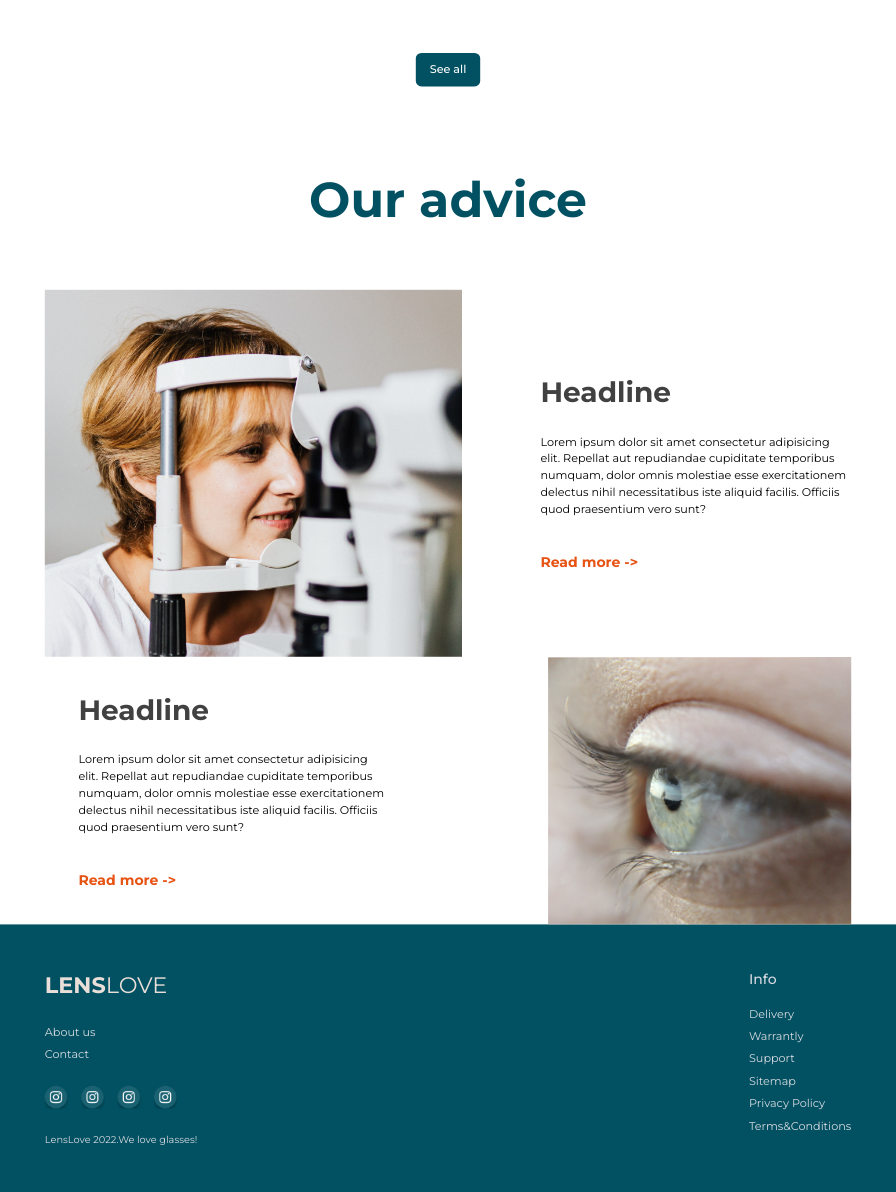
Repository: thienthanhvinh/glasses-react
Page: /
An editor plug-in stored every save of this project. The page is shown before and after a run of saves, followed by the edit.
The browser window is 1280 px wide. The pictures show the part of the page from y = 3942 to 5862 px (the page is 5645 px tall before and 5862 px after), at 70% of full size.
The project was rebuilt for these pictures with package versions that can differ from the ones it lists, and the page was loaded fresh each time. Also part of the build but not shown: src/App.css, src/components/common/FormGroup.js, src/components/input/Input.js, src/components/label/Label.js, src/hooks/useDarkMode.js, src/layout/LayoutAuthentication.js, src/components/icons/IconEyeToggle.js, src/pages/SignInPage.js and 1 more.

Above is the page before, as saved 2023-02-13 10:27:52.

### public/index.html
<!DOCTYPE html>
<html lang="en">
  <head>
    <meta charset="utf-8" />
    <link rel="icon" href="%PUBLIC_URL%/favicon.ico" />
    <meta name="viewport" content="width=device-width, initial-scale=1" />
    <meta name="theme-color" content="#000000" />
    <meta
      name="description"
      content="Web site created using create-react-app"
    />
    <link rel="apple-touch-icon" href="%PUBLIC_URL%/logo192.png" />
    <!--
      manifest.json provides metadata used when your web app is installed on a
      user's mobile device or desktop. See https://developers.google.com/web/fundamentals/web-app-manifest/
    -->
    <link rel="manifest" href="%PUBLIC_URL%/manifest.json" />
    <!--
      Notice the use of %PUBLIC_URL% in the tags above.
      It will be replaced with the URL of the `public` folder during the build.
      Only files inside the `public` folder can be referenced from the HTML.

      Unlike "/favicon.ico" or "favicon.ico", "%PUBLIC_URL%/favicon.ico" will
      work correctly both with client-side routing and a non-root public URL.
      Learn how to configure a non-root public URL by running `npm run build`.
    -->
    <link href="https://fonts.googleapis.com/css2?family=Montserrat:wght@300;400;500;600;700&display=swap" rel="stylesheet">
    <title>React App</title>
  </head>
  <body>
    <noscript>You need to enable JavaScript to run this app.</noscript>
    <div id="root"></div>
    <!--
      This HTML file is a template.
      If you open it directly in the browser, you will see an empty page.

      You can add webfonts, meta tags, or analytics to this file.
      The build step will place the bundled scripts into the <body> tag.

      To begin the development, run `npm start` or `yarn start`.
      To create a production bundle, use `npm run build` or `yarn build`.
    -->
  </body>
</html>

### src/index.js
import React from 'react';
import ReactDOM from 'react-dom/client';
import './index.css';
import App from './App';
import reportWebVitals from './reportWebVitals';
import { BrowserRouter } from 'react-router-dom';
import { ToastContainer, toast } from 'react-toastify';
import 'react-toastify/dist/ReactToastify.css';

const root = ReactDOM.createRoot(document.getElementById('root'));
root.render(
  // <React.StrictMode>
  <BrowserRouter>
    <App />
    <ToastContainer></ToastContainer>
  </BrowserRouter>
  // </React.StrictMode>
);

// If you want to start measuring performance in your app, pass a function
// to log results (for example: reportWebVitals(console.log))
// or send to an analytics endpoint. Learn more: https://bit.ly/CRA-vitals
reportWebVitals();

### src/index.css
/* body {
  margin: 0;
  font-family: -apple-system, BlinkMacSystemFont, 'Segoe UI', 'Roboto', 'Oxygen',
    'Ubuntu', 'Cantarell', 'Fira Sans', 'Droid Sans', 'Helvetica Neue',
    sans-serif;
  -webkit-font-smoothing: antialiased;
  -moz-osx-font-smoothing: grayscale;
}

code {
  font-family: source-code-pro, Menlo, Monaco, Consolas, 'Courier New',
    monospace;
} */

@tailwind base;
@tailwind components;
@tailwind utilities;

body {
  font-family: 'Montserrat', sans-serif;
}
/* .darkmode-input:checked + div .darkmode-spinner {
  transform: translateX(33px);
} */
.active-light {
  transform: translateX(0px);
  transition: all 0.4s;
}
.active-dark {
  transform: translateX(33px);
  transition: all 0.4s;
}

/* .darkmode-input:checked + div {


} */

/* .darkmode-input:checked + div .darkmode-spinner {
  background-color: white;
} */

### src/App.js

import { Route, Routes } from 'react-router-dom';
import './App.css';
import HomePage from './pages/HomePage';
import SignInPage from './pages/SignInPage';
import SignUpPage from './pages/SignUpPage';

function App() {
  return (
    <Routes>
      <Route path='/sign-up' element={<SignUpPage></SignUpPage>}></Route>
      <Route path='/sign-in' element={<SignInPage></SignInPage>}></Route>
      <Route path='/' element={<HomePage></HomePage>}></Route>
    </Routes>
  );
}

export default App;

### src/pages/HomePage.js
import React, { Fragment } from "react";
import Category from "../components/category/Category";
import Heading from "../components/common/Heading";
import Intro from "../components/intro/Intro";
import SpringSales from "../components/sales/SpringSales";
import LayoutMenu from "../layout/LayoutMenu";
import GlassesGrid from "../modules/GlassesGrid";
import GlassesItem from "../modules/GlassesItem";
import { v4 } from "uuid";
import Button from "../components/button/Button";
import HeadLine from "../modules/HeadLine";
import LayoutFooter from "../layout/LayoutFooter";

const HomePage = () => {
  return (
    <Fragment>
      <LayoutMenu></LayoutMenu>
      <SpringSales></SpringSales>
      <Intro></Intro>
      <Category></Category>
      <Heading>Popular</Heading>
      <GlassesGrid>
        {Array(4)
          .fill(0)
          .map((item) => (
            <GlassesItem key={v4()}></GlassesItem>
          ))}
        {/* <GlassesItem></GlassesItem> */}
      </GlassesGrid>
      <div className="text-center mb-[140px]">
        <Button className="mt-[70px] px-5 py-2 rounded-[4px]">See all</Button>
      </div>
      <Heading>New</Heading>
      <GlassesGrid>
        {Array(4)
          .fill(0)
          .map((item) => (
            <GlassesItem key={v4()}></GlassesItem>
          ))}
      </GlassesGrid>
      <div className="text-center mb-[140px]">
        <Button className="mt-[70px] px-5 py-2 rounded-[4px]">See all</Button>
      </div>
      <Heading>Sunwear</Heading>
      <GlassesGrid>
        {Array(4)
          .fill(0)
          .map((item) => (
            <GlassesItem key={v4()}></GlassesItem>
          ))}
      </GlassesGrid>
      <div className="text-center mb-[112px]">
        <Button className="mt-[70px] px-5 py-2 rounded-[4px]">See all</Button>
      </div>
      <Heading className="mb-[80px]">Our advice</Heading>
      <HeadLine></HeadLine>
      <HeadLine type="secondary"></HeadLine>
      <LayoutFooter></LayoutFooter>
    </Fragment>
  );
};

export default HomePage;

### src/components/category/Category.js
import React from 'react';
import Button from '../button/Button';

const Category = () => {
    return (
        <div className='flex mb-[112px] mx-auto max-w-[1400px] w-full gap-x-2'>
            <div className='h-[596px] relative'>
                <img src="/category1.png" alt="" className='w-full h-full object-cover' />
                <div className='absolute bottom-24 left-14'>
                    <p className='font-extrabold text-[40px] leading-[98px] text-white'>Optical</p>
                    <Button className='bg-secondary text-primary rounded-[4px] px-6 py-2 font-bold text-lg leading-[30px]'>Buy</Button>
                </div>
            </div>
            <div className='h-[596px] relative'>
                <img src="/category2.png" alt="" className='w-full h-full object-cover' />
                <div className='absolute bottom-24 left-14'>
                    <p className='font-extrabold text-[40px] leading-[98px] text-white'>Sunwear</p>
                    <Button className='bg-secondary text-primary rounded-[4px] px-6 py-2 font-bold text-lg leading-[30px]'>Buy</Button>
                </div>
            </div>
        </div>
    );
};

export default Category;

### src/components/common/Heading.js
import React from 'react';

const Heading = ({children, className = ''}) => {
    return (
        <h2 className={`font-extrabold text-[70px] leading-[98px] text-center text-primary mb-[70px] ${className}`}>
            {children}
        </h2>
    );
};
export default Heading;

### src/components/intro/Intro.js
import React from 'react';

const Intro = () => {
    return (
        <div className='flex items-center justify-center gap-x-[300px] mt-[64px] mb-[110px]'>
            <div className='flex flex-col items-center'>
                <img srcSet="/Icon1.png 2x" alt="" className='w-[80px] h-[80px] object-cover' />
                <p className='text-tertiary text-xl leading-[30px] font-bold'>Original products</p>
            </div>
            <div className='flex flex-col items-center'>
                <img srcSet="/Icon2.png 2x" alt="" className='w-[80px] h-[80px] object-cover' />
                <p className='text-tertiary text-xl leading-[30px] font-bold'>Original products</p>
            </div>
            <div className='flex flex-col items-center'>
                <img srcSet="/Icon3.png 2x" alt="" className='w-[80px] h-[80px] object-cover' />
                <p className='text-tertiary text-xl leading-[30px] font-bold'>Original products</p>
            </div>
        </div>
    );
};

export default Intro;

### src/components/sales/SpringSales.js
import React from 'react';
import Button from '../button/Button';

const SpringSales = () => {
    return (
        <div className='bg-secondary h-[700px] w-full flex items-center justify-between'>
            <div className='ml-[112px]'>
                <h2 className='text-primary text-[70px] font-extrabold leading-[98px]'>Spring Sale</h2>
                <p className='text-primary text-[50px] font-medium leading-[68px] mb-[48px]'>Up to -40%</p>
                <Button className='text-white bg-primary rounded-lg px-8 py-2 text-lg'>See offer</Button>
            </div>
            <div className='h-[700px]'>
                <img src="/photo1.png" alt="" className='w-full h-auto object-cover' />
            </div>
        </div>
    );
};

export default SpringSales;

### src/layout/LayoutMenu.js
import React from "react";
import { Link } from "react-router-dom";
import Navbar from "../components/navbar/Navbar";

const LayoutMenu = () => {
  return (
    <div className="py-10 px-16">
      <div className="flex items-center justify-between mb-14">
        <img src="/logo.png" alt="" className="w-[140px] h-auto object-cover" />
        <div className="flex gap-x-5 text-secondary-3 text-[15px] font-medium">
            <span>0371 525 777</span>
            <Link to="/">Help</Link>
            <Link to="/sign-in">Account</Link>
        </div>
      </div>
      <Navbar></Navbar>
    </div>
  );
};

export default LayoutMenu;

### src/modules/GlassesGrid.js
import React from 'react';

const GlassesGrid = ({children, className = ''}) => {
    return (
        <div className={`grid grid-cols-4 gap-x-6 px-16 ${className}`}>
            {children}
        </div>
    );
};

export default GlassesGrid;

### src/modules/GlassesItem.js
import React from "react";

const GlassesItem = () => {
  return (
    <div className="flex flex-col">
      <div className="h-[250px] mb-4">
        <img src="/glasses.png" alt="" className="w-full h-full object-cover" />
      </div>
      <p className="text-secondary-3 font-semibold text-2xl">Model Name</p>
      <p className="font-normal text-secondary-3">Price</p>
      <p className="font-semibold text-lg leading-[30px] text-tertiary">
        See details ->
      </p>
    </div>
  );
};

export default GlassesItem;

### src/components/button/Button.js
import React from 'react';

const Button = ({type, children, className=''}) => {
    return (
        <button type='submit' className={`bg-primary text-white ${className} rounded-lg px-3 py-3 font-medium`}>
            {children}
        </button>
    );
};

export default Button;

### src/modules/HeadLine.js
import React from "react";
import HeadlineImage from "./HeadlineImage";
import HeadlineContent from "./HeadlineContent";

const HeadLine = ({type = "default"}) => {
    if(type === "default") {
        return (
            <div className="w-full flex items-center gap-x-[112px] px-16">
              <HeadlineImage></HeadlineImage>
              <HeadlineContent></HeadlineContent>
            </div>
          );
    } else {
        return (
            <div className="w-full flex items-center gap-x-[227px] px-16">
              <HeadlineContent className="ml-[48px]"></HeadlineContent>
              <HeadlineImage src="headline2.png" className=""></HeadlineImage>
            </div>
          );
    }

};

export default HeadLine;

### src/layout/LayoutFooter.js
import React from "react";
import { Link } from "react-router-dom";

const LayoutFooter = () => {
  return (
    <div className="bg-primary flex justify-between px-16 py-16 text-gray-white">
      <div className="flex flex-col">
        <h2 className="text-secondary font-extrabold text-[32px] leading-[46px] mb-8">
          LENS<span className="font-normal">LOVE</span>
        </h2>
        <Link to="/about" className="mb-2">
          About us
        </Link>
        <Link to="contact" className="mb-8">
          Contact
        </Link>
        <div className="flex gap-x-4 mb-8">
          <span>
            <img src="/Instagram.png" alt="" />
          </span>
          <span>
            <img src="/Instagram.png" alt="" />
          </span>
          <span>
            <img src="/Instagram.png" alt="" />
          </span>
          <span>
            <img src="/Instagram.png" alt="" />
          </span>
        </div>
        <p className="text-[14px] leading-[24px]">
          LensLove 2022.We love glasses!
        </p>
      </div>
      <div>
        <div>
          <h3 className="font-medium text-xl mb-6">Info</h3>
          <div className="flex flex-col gap-y-2">
            <p>Delivery</p>
            <p>Warrantly</p>
            <p>Support</p>
            <p>Sitemap</p>
            <p>Privacy Policy</p>
            <p>Terms&Conditions</p>
          </div>
        </div>
      </div>
    </div>
  );
};

export default LayoutFooter;

### src/modules/HeadlineImage.js
import React from 'react';

const HeadlineImage = ({className= '', src = "/headline1.png"}) => {
    return (
        <div className={className}>
             <img src={src} alt="" />
        </div>
    );
};

export default HeadlineImage;

### src/modules/HeadlineContent.js
import React from "react";

const HeadlineContent = ({className = ''}) => {
  return (
    <div className={className}>
      <h2 className="text-secondary-3 font-extrabold text-[40px] leading-[54px] mb-8">
        Headline
      </h2>
      <p className="w-[444px] mb-[48px]">
        Lorem ipsum dolor sit amet consectetur adipisicing elit. Repellat aut
        repudiandae cupiditate temporibus numquam, dolor omnis molestiae esse
        exercitationem delectus nihil necessitatibus iste aliquid facilis.
        Officiis quod praesentium vero sunt?
      </p>
      <p className="text-tertiary text-xl font-bold leading-[30px]">
        Read more ->
      </p>
    </div>
  );
};

export default HeadlineContent;

### tailwind.config.js
/** @type {import('tailwindcss').Config} */
module.exports = {
  content: [
    "./src/**/*.{js,jsx,ts,tsx}",
  ],
  darkMode: 'class',
  theme: {
    extend: {
      colors: {
        'color-1': "#808191",
        'color-2': "#2d3436",
        'primary' : '#025162',
        'secondary': '#EADFD8',
        'secondary-3': '#414141',
        'tertiary' : '#E75313',
        'lens': '#D4E1F4',
        'gray-white': '#D9DBE1',
        'dark-text-primary': '#dfe6e9',
        'dark-color' : '#4e4f50',
        'dark-secon-color': '#2d3436',
        'dark-third-color': '#3a3a3a',
        'dark-four-color' : '#242526',
        'dark-five-color' : '#3A3A3A',

      }
    },
  },
  plugins: [],
}

Loaded but not shown: src/reportWebVitals.js (common file); src/components/navbar/Navbar.js (95 lines, source omitted)

After the next 2 saves:
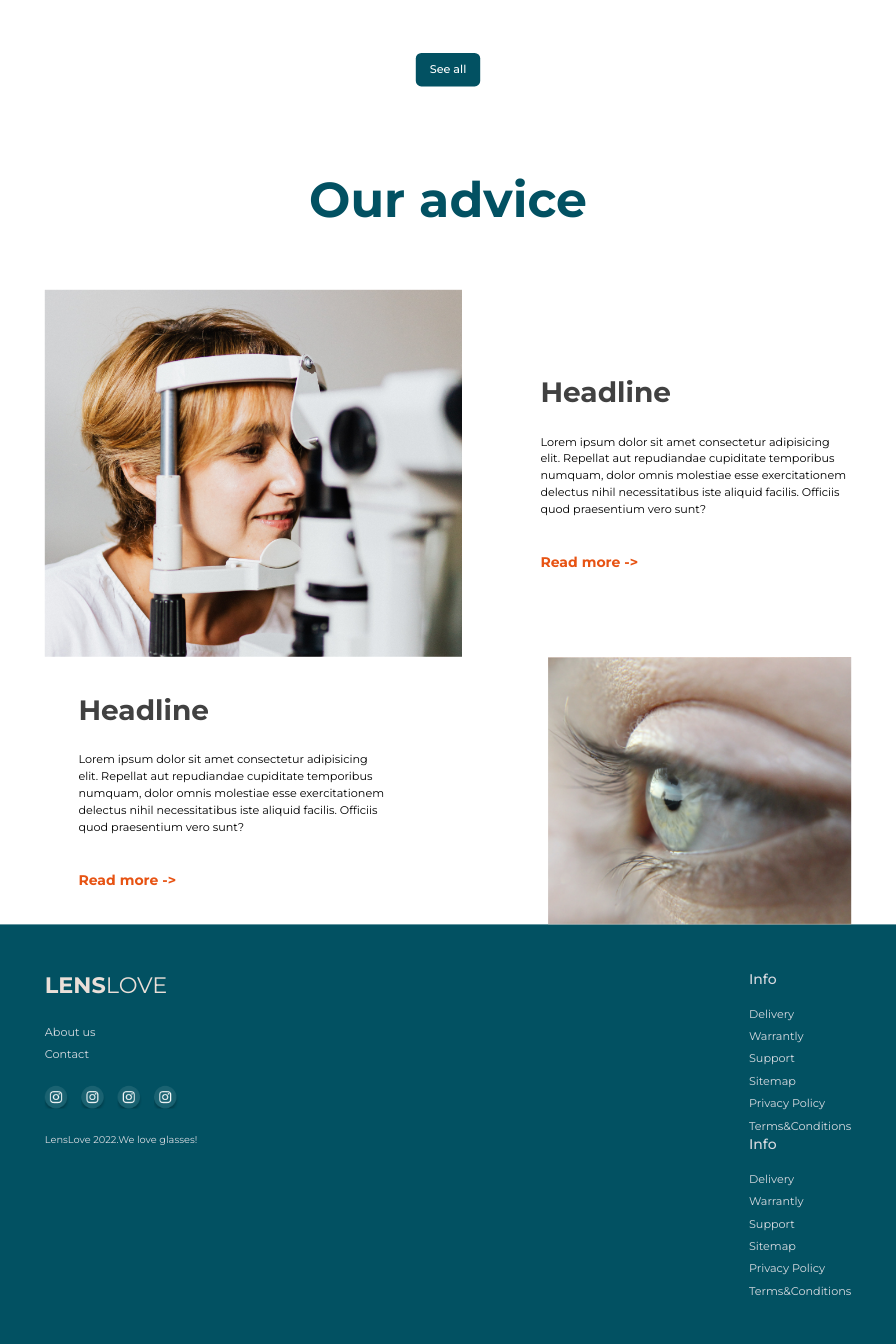
The 2 saves are shown as one change because they came seconds apart.
The last was saved 23 s later.
--- a/src/layout/LayoutFooter.js
+++ b/src/layout/LayoutFooter.js
@@ -44,6 +44,17 @@
             <p>Terms&Conditions</p>
           </div>
         </div>
+        <div>
+          <h3 className="font-medium text-xl mb-6">Info</h3>
+          <div className="flex flex-col gap-y-2">
+            <p>Delivery</p>
+            <p>Warrantly</p>
+            <p>Support</p>
+            <p>Sitemap</p>
+            <p>Privacy Policy</p>
+            <p>Terms&Conditions</p>
+          </div>
+        </div>
       </div>
     </div>
   );

After the save that followed:
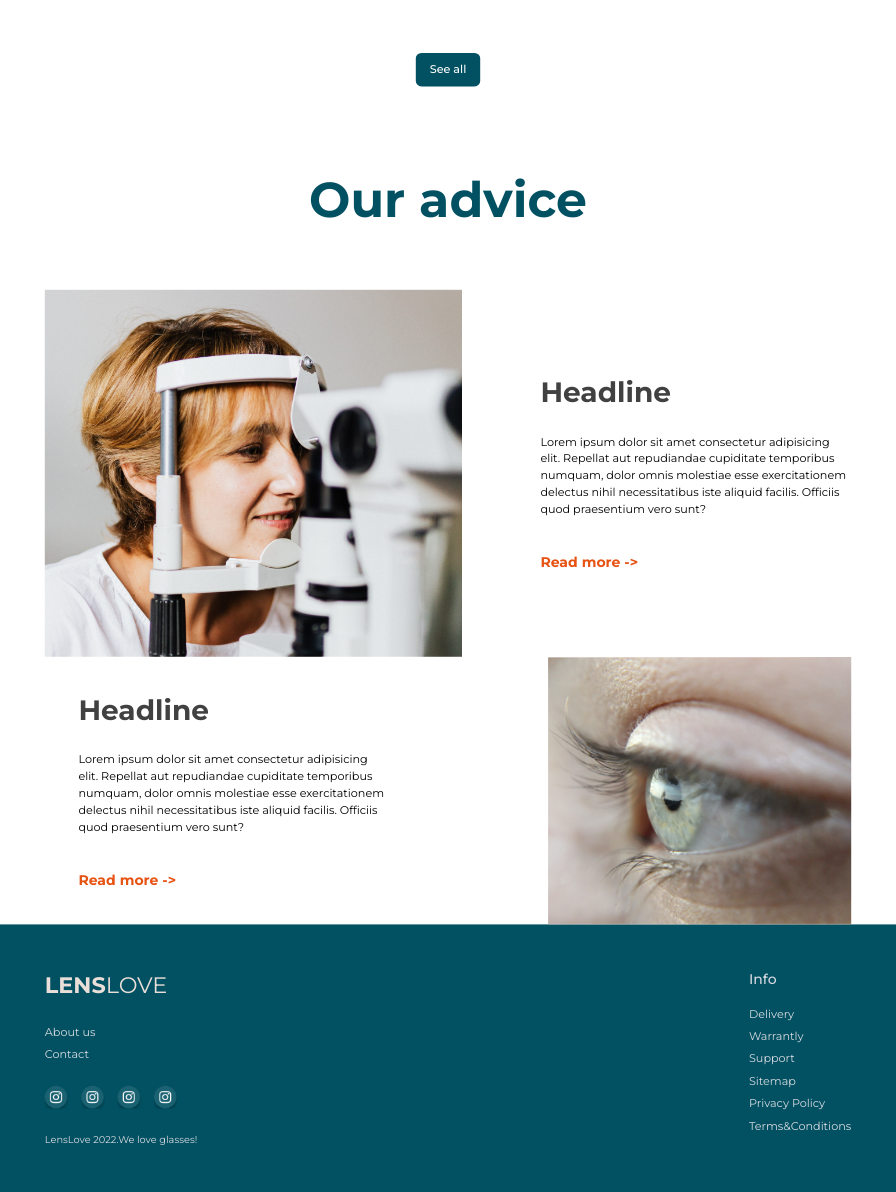
Saved 8 s later.
--- a/src/layout/LayoutFooter.js
+++ b/src/layout/LayoutFooter.js
@@ -44,17 +44,7 @@
             <p>Terms&Conditions</p>
           </div>
         </div>
-        <div>
-          <h3 className="font-medium text-xl mb-6">Info</h3>
-          <div className="flex flex-col gap-y-2">
-            <p>Delivery</p>
-            <p>Warrantly</p>
-            <p>Support</p>
-            <p>Sitemap</p>
-            <p>Privacy Policy</p>
-            <p>Terms&Conditions</p>
-          </div>
-        </div>
+
       </div>
     </div>
   );
